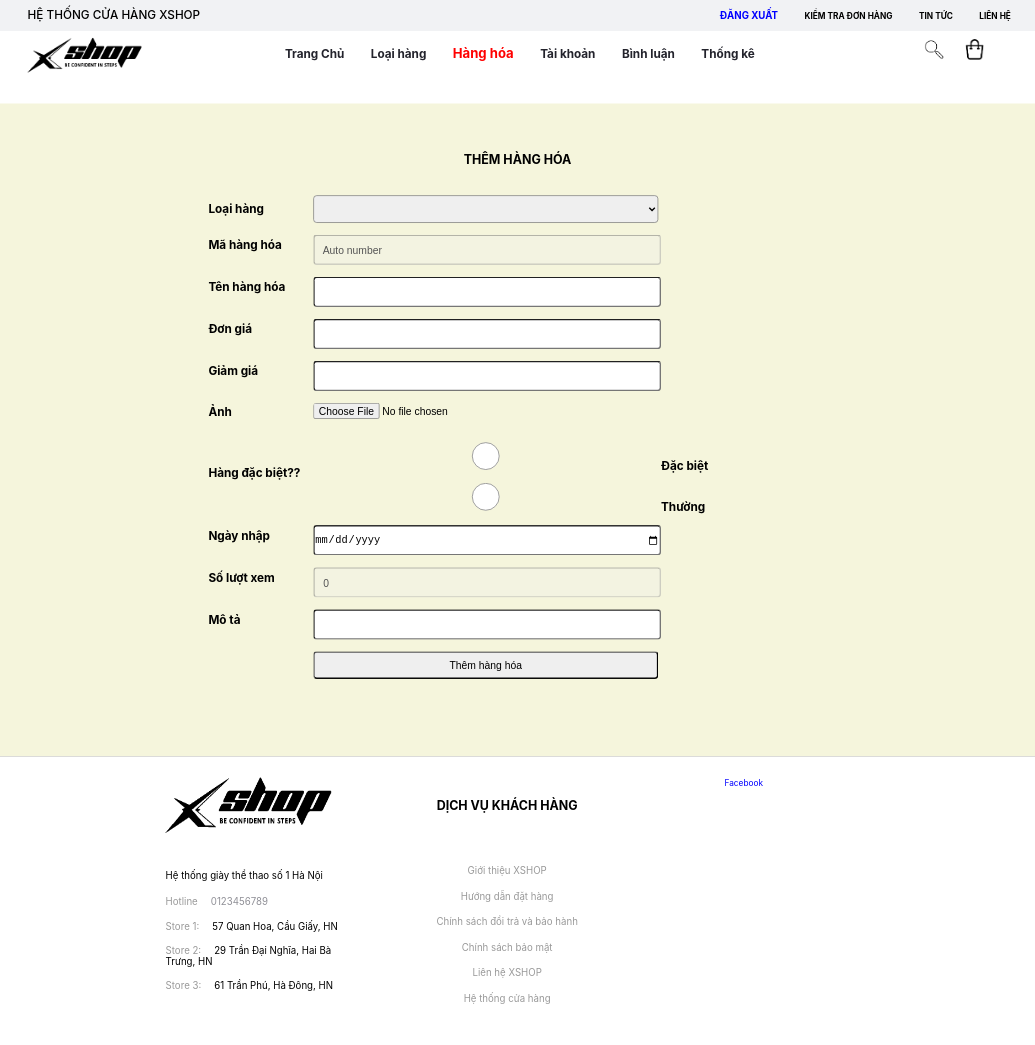
Repository: tienaq123/dam
Page: http://localhost/ass/ad/themsanpham.php
These files come from the project's save history. The page is drawn as it stood at one moment and after the next save; the edit follows.
The browser window is 1280 px wide. The page is 1500 px wide, so the pictures cover 1500 px, including what lies to the right of the window. The pictures show the whole page, at 69% of full size.
The page is run by PHP 8.4 with error messages shown; the project is at /var/www/html/. Queries for data that is not in the repository find no rows.

Above is the page before, as saved 2021-10-22 02:38:33.

After the next save:
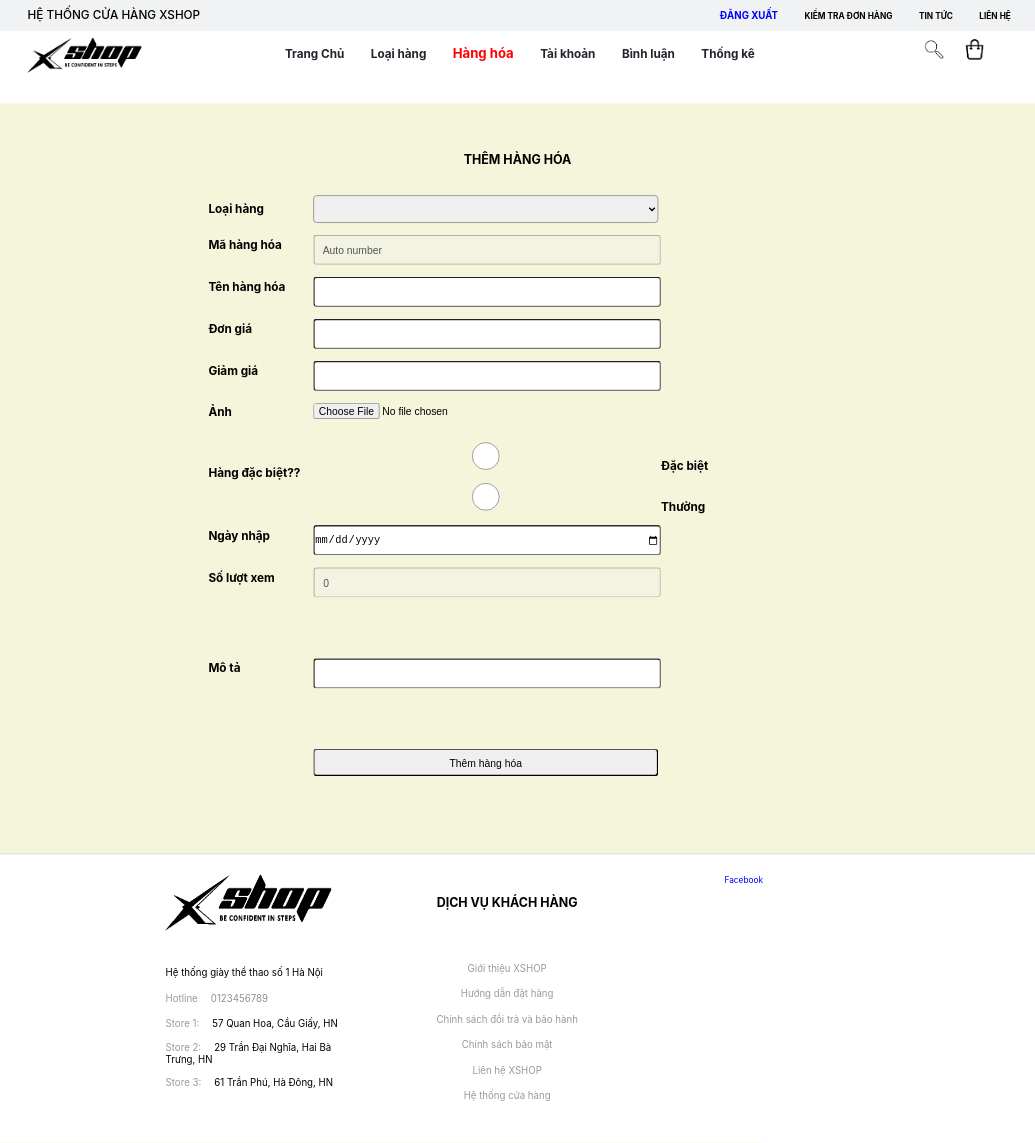
Saved 2 h 36 min later.
--- a/ad/themsanpham.php
+++ b/ad/themsanpham.php
@@ -113,7 +113,7 @@
 
                     <tr>
                         <td class="left">Mô tả</td>
-                        <td class="right"><input type="text" name="mo_ta"> <br></td>
+                        <td style="height: 200px;" class="right"><input type="text" name="mo_ta"> <br></td>
                     </tr>
 
                     <tr>

After the save that followed:
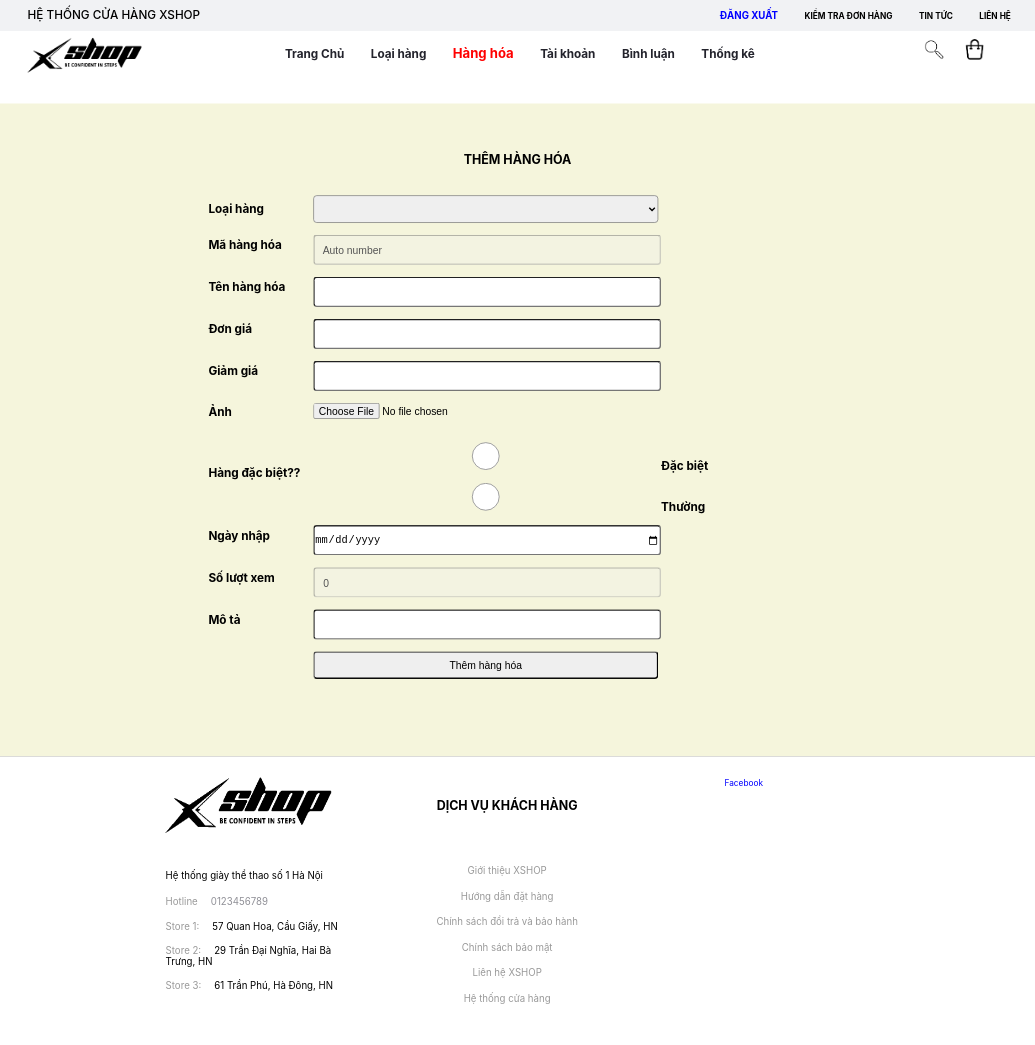
Saved 14 s later.
--- a/ad/themsanpham.php
+++ b/ad/themsanpham.php
@@ -113,7 +113,7 @@
 
                     <tr>
                         <td class="left">Mô tả</td>
-                        <td style="height: 200px;" class="right"><input type="text" name="mo_ta"> <br></td>
+                        <td class="right"><input type="text" name="mo_ta"> <br></td>
                     </tr>
 
                     <tr>
